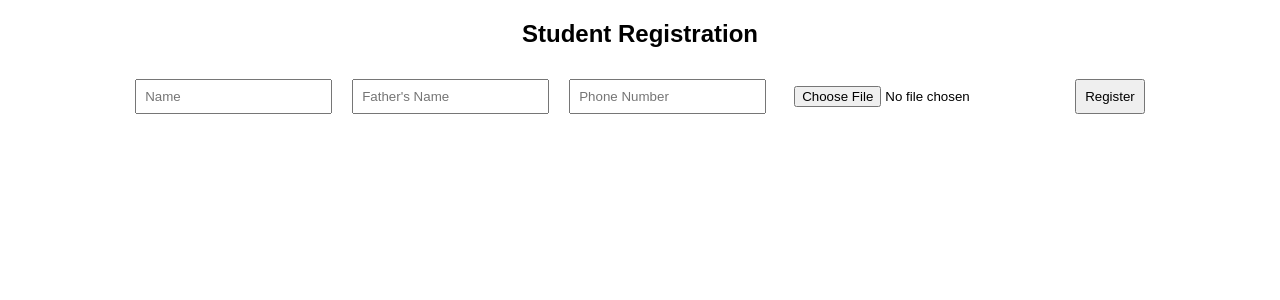
Repository: pripriya09/StudentID-Card-Download
Page: / (app in frontend/)
These files come from the project's save history. The page is drawn as it stood at one moment and after the next save; the edit follows.
The browser window is 1280 px wide. The pictures show the whole page.
The project was rebuilt for these pictures with package versions that can differ from the ones it lists, and the page was loaded fresh each time. Also part of the build but not shown: frontend/vite.config.js.

Above is the page before, as saved 2025-01-07 12:16:11.

### frontend/src/main.jsx
import React from 'react'
import ReactDOM from 'react-dom/client'
// import App from './App'
// import './index.css'
import Form from './Form.jsx'
// import IDCardForm from './copy form/IDCardForm.jsx'

ReactDOM.createRoot(document.getElementById('root')).render(
  <React.StrictMode>
    {/* <App /> */}
    <Form/>
    {/* <IDCardForm/> */}
  </React.StrictMode>,
)

### frontend/src/Form.jsx
import React, { useState } from "react";
import axios from "axios";
import "./App.css";
import jsPDF from "jspdf";

const Form = () => {
  const [formData, setFormData] = useState({
    name: "",
    fatherName: "",
    phoneNumber: "",
    image: null, // Added image field
  });
  const [registrationNumber, setRegistrationNumber] = useState("");
  const [studentData, setStudentData] = useState(null);

  const handleSubmit = async (e) => {
    e.preventDefault();
    const formDataToSend = new FormData();
    formDataToSend.append("name", formData.name);
    formDataToSend.append("fatherName", formData.fatherName);
    formDataToSend.append("phoneNumber", formData.phoneNumber);
    if (formData.image) {
      formDataToSend.append("image", formData.image);  // Append the image file
    }

    try {
      const response = await axios.post("http://localhost:6009/api/students", formDataToSend, {
        headers: { "Content-Type": "multipart/form-data" },
      });
      const result = response.data;
      // Handle response here
    } catch (error) {
      console.error("Error sending data:", error);
    }
  };


  const handleChange = (e) => {
    if (e.target.name === "image") {
      setFormData({ ...formData, image: e.target.files[0] });
    } else {
      setFormData({ ...formData, [e.target.name]: e.target.value });
    }
  };

  const handleDownloadtext = () => {
    if (studentData) {
      const fileData = `Name: ${studentData.name}
Father's Name: ${studentData.fatherName}
Phone Number: ${studentData.phoneNumber}
Registration Number: ${studentData.registrationNumber}`;
      const blob = new Blob([fileData], { type: "text/plain" });

      const link = document.createElement("a");
      link.href = URL.createObjectURL(blob);
      link.download = `${studentData.registrationNumber}_ID_Card.txt`;
      link.click();

      setFormData({
        name: "",
        fatherName: "",
        phoneNumber: "",
        image: null,
      });
      setStudentData(null);
    }
  };

  function handleDownloadPDF() {
    if (studentData) {
      let PDFdocument = new jsPDF();
      const studentInfo = `
        Student ID Card
        Name: ${studentData.name}
        Father's Name: ${studentData.fatherName}
        Phone: ${studentData.phoneNumber}
        Registration Number: ${studentData.registrationNumber}
      `;

      PDFdocument.text(studentInfo, 10, 10);
      PDFdocument.save(`${studentData.registrationNumber}_ID_Card.pdf`);
      PDFdocument = null;
    }
  }

  return (
    <div className="App">
      <h2>Student Registration</h2>

      <form onSubmit={handleSubmit}>
        <input
          type="text"
          name="name"
          placeholder="Name"
          value={formData.name}
          onChange={handleChange}
          required
        />
        <input
          type="text"
          name="fatherName"
          placeholder="Father's Name"
          value={formData.fatherName}
          onChange={handleChange}
          required
        />
        <input
          type="tel"
          name="phoneNumber"
          placeholder="Phone Number"
          value={formData.phoneNumber}
          onChange={handleChange}
          required
        />
        {/* Image input */}
        <input
          type="file"
          name="image"
          accept="image/*"
          onChange={handleChange}
        />
        <button type="submit">Register</button>
      </form>

      {studentData && (


        <div className="id-card">
          <div className="left">
          {studentData.image && (
            <div>
              <img
                src={URL.createObjectURL(studentData.image)}
                alt="Uploaded"
                style={{ width: "100px", height: "100px" }}
              />
            </div>
          )}
          </div>
        <div className="right">
        <h3>ID Card</h3>
          <p>Name: {studentData.name}</p>
          <p>Father's Name: {studentData.fatherName}</p>
          <p>Phone Number: {studentData.phoneNumber}</p>
          <p>Registration Number: {studentData.registrationNumber}</p>

        </div>

        </div>
      )}
    </div>
  );
};

export default Form;

### frontend/src/App.css
.App {
  text-align: center;
  font-family: Arial, sans-serif;
}

form input, form button {
  margin: 10px;
  padding: 8px;
}

.id-card {
  border: 1px solid #ccc;
  padding: 15px;
  width: 300px;
  margin: 20px auto;
}

Loaded but not shown: frontend/index.html (common file)

After the next save:
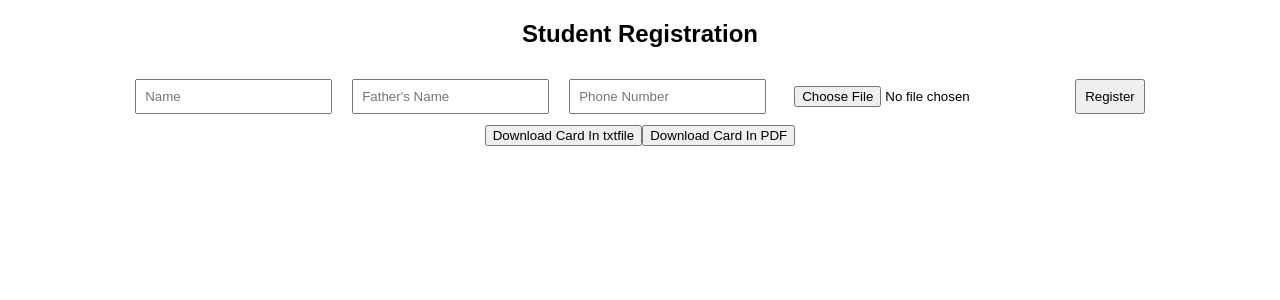
Saved 4 s later.
--- a/frontend/src/Form.jsx
+++ b/frontend/src/Form.jsx
@@ -148,6 +148,8 @@ Registration Number: ${studentData.registrationNumber}`;
 
         </div>
       )}
+        <button onClick={handleDownloadtext}>Download Card In txtfile</button>
+        <button onClick={handleDownloadPDF}>Download Card In PDF</button>
     </div>
   );
 };
